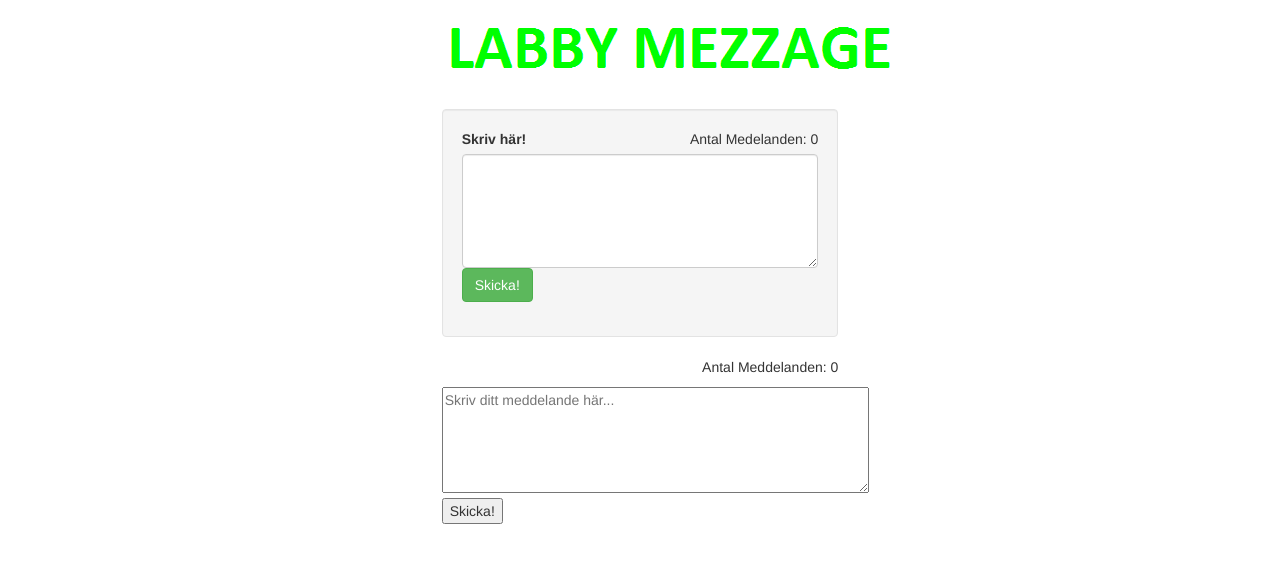
Repository: mc22dg/1dv403-laborationer
Page: 2-labbymezzage/index.html
The author's editor kept a record of every edit. The page is drawn from the files as they stood at one moment, then again after the next edit.
The browser window is 1280 px wide. The pictures show the whole page.

Above is the page before.

### 2-labbymezzage/index.html
<!DOCTYPE html>
<html lang="sv">
<head>
    <meta charset="UTF-8" />
        <title>Labby mezzage</title>
            <link rel="stylesheet" href="https://maxcdn.bootstrapcdn.com/bootstrap/3.3.1/css/bootstrap.min.css">
            <link rel="stylesheet" href="style.css"/>

</head>

<body>

    <div class="row"></div>

    <div class="col-md-offset-4 col-md-4">


    <div id="logo">
            <img src="logo.png" alt="">
    </div>

        <div class="well">
            <div id="message">

            </div>

                <div ="textruta">
                    <div id="numberOfMess">Antal Medelanden: 0</div>

                    <div class="form-group">
                    <label for="comment">Skriv här!</label>
                    <textarea class="form-control" rows="5" id="comment"></textarea>
                    <button type="button" class="btn btn-success">Skicka!</button>
                    </div>

                </div>
        </div>

            <div ="">

            </div>

            <div id="bottom">
                <p id="numberOfMess">Antal Meddelanden: 0</p>
                <textarea id="textarea" rows="5" cols="50" placeholder="Skriv ditt meddelande här..."></textarea>
                <input id="button" type="button" value="Skicka!" />
            </div>


     <script src="message.js"></script>
    <script src="messageEngine.js"></script>
    </div>
    </div>
</body>

</html>

### 2-labbymezzage/style.css
#logo{

}
#numberOfMess{
float: right;
}


.glyphicon{
font-size: 30px;
float: right;
}

### 2-labbymezzage/message.js
function Message(message, date) {

        this.getText = function() {
        return message;
        };

        this.setText = function(_text) {
        message = _text;
        };

        this.getDate = function() {
        return date;
        };

        this.setDate = function(_date) {
        date = _date;
        };

        Message.prototype.toString = function() {
        return this.getText() + " ("+this.getDate()+")";
        };

        Message.prototype.getHTMLText = function() {
        return this.getText().replace(/[\n\r]/g, "<br/>");
        };

        Message.prototype.getDateText = function(alertDate) {
        var dateFormat = this.getDate();
        };
}

### 2-labbymezzage/messageEngine.js
"use strict"

var MessageBoard = {

        messages: [], //En array för alla meddelanden.


}

After the next edit:
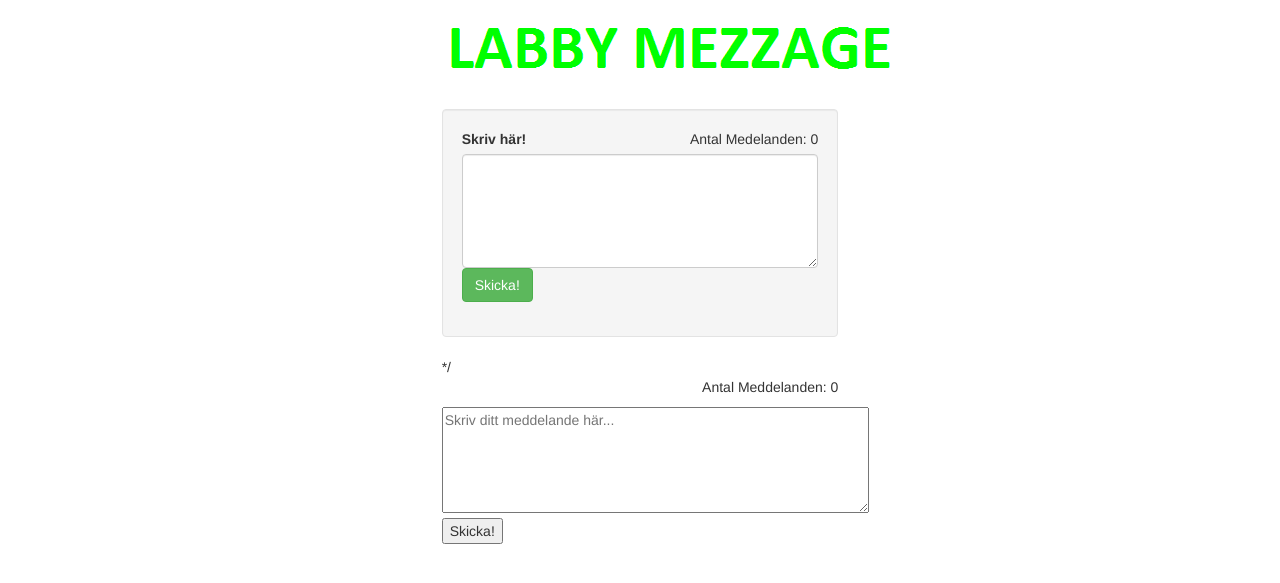
The edit:
--- a/2-labbymezzage/index.html
+++ b/2-labbymezzage/index.html
@@ -40,7 +40,7 @@
 
             </div>
 
-            <div id="bottom">
+          */  <div id="bottom">
                 <p id="numberOfMess">Antal Meddelanden: 0</p>
                 <textarea id="textarea" rows="5" cols="50" placeholder="Skriv ditt meddelande här..."></textarea>
                 <input id="button" type="button" value="Skicka!" />
